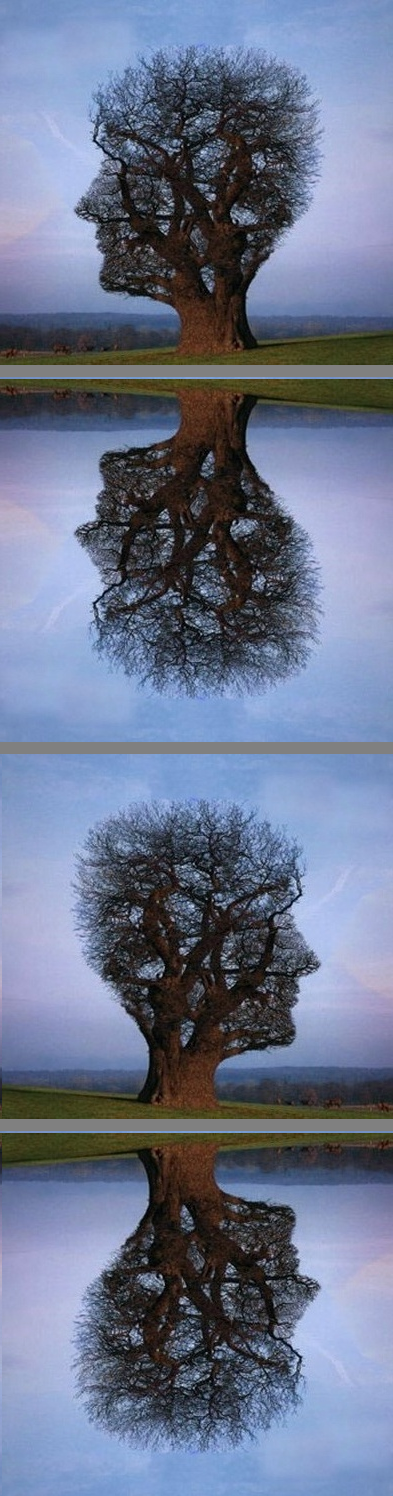
Repository: Dapravith/I5-GIC-Image-Processing
Script's output: python TestTP3.py
These files come from the project's save history. The script's output is drawn as it stood at one moment and after the next save; the edit follows.
Each picture stacks the figures in order, with grey between them; figures that are only written to a file come last. Random numbers start from a fixed seed. It also reads images/facetree.jpg.

Above is the script's output before, as saved 2024-01-04 14:49:55.

After the next save:
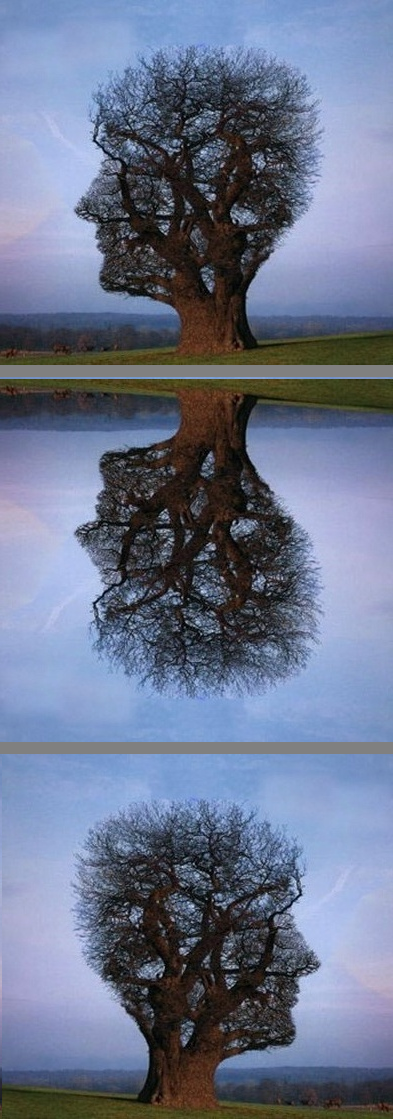
Saved 80 s later.
--- a/TestTP3.py
+++ b/TestTP3.py
@@ -5,7 +5,7 @@
 
 height, width = img.shape[:2]
 
-mirImg1 = mirImg2 = mirImg3 = img.copy()
+mirImg1 = mirImg2 = img.copy()
 
 def  miro_img1(img):
         for h in range(height):
@@ -17,11 +17,6 @@
         for w in range(width):
             mirImg2[h,w]=img[h,1-w]
     return mirImg2
-def miro_img3(img):
-    for h in range(height):
-        for w in range(width):
-            mirImg3[h,w]=img[1-h,1-w]
-    return mirImg3
 
 
 
@@ -32,8 +27,5 @@
 
 cv.imshow('Test3', miro_img2(img))
 
-cv.imshow('Test4', miro_img3(img))
-
-
 cv.waitKey(0)
 cv.destroyAllWindows()

After the save that followed:
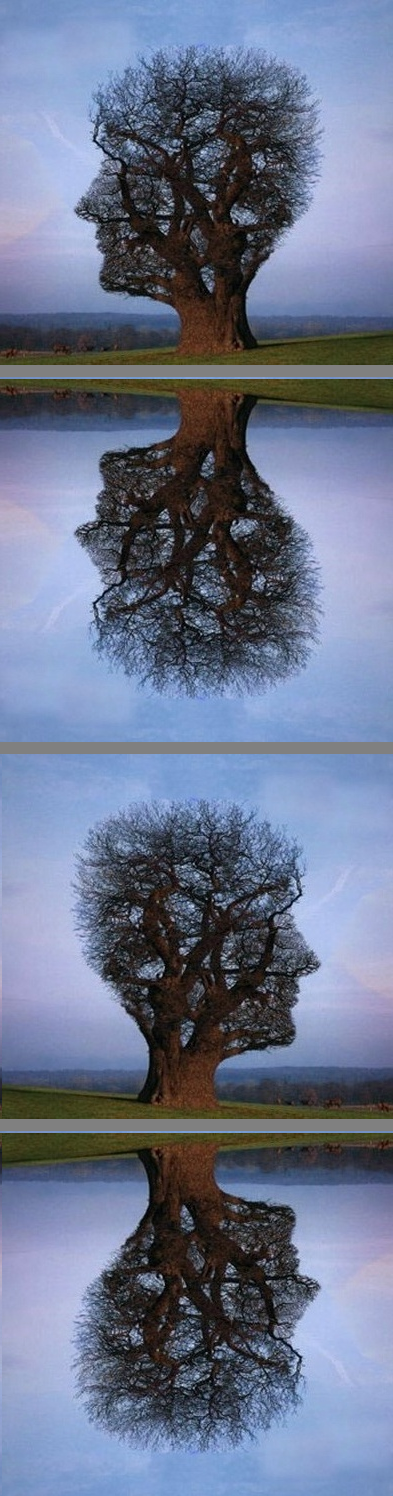
Saved 2 min 31 s later.
--- a/TestTP3.py
+++ b/TestTP3.py
@@ -5,7 +5,7 @@
 
 height, width = img.shape[:2]
 
-mirImg1 = mirImg2 = img.copy()
+mirImg1 = mirImg2 = mirImg3 = img.copy()
 
 def  miro_img1(img):
         for h in range(height):
@@ -17,6 +17,11 @@
         for w in range(width):
             mirImg2[h,w]=img[h,1-w]
     return mirImg2
+def miro_img3(img):
+    for h in range(height):
+        for w in range(width):
+            mirImg3[h,w]=img[1-h,1-w]
+    return mirImg3
 
 
 
@@ -27,5 +32,8 @@
 
 cv.imshow('Test3', miro_img2(img))
 
+cv.imshow('Test4', miro_img3(img))
+
+
 cv.waitKey(0)
 cv.destroyAllWindows()
